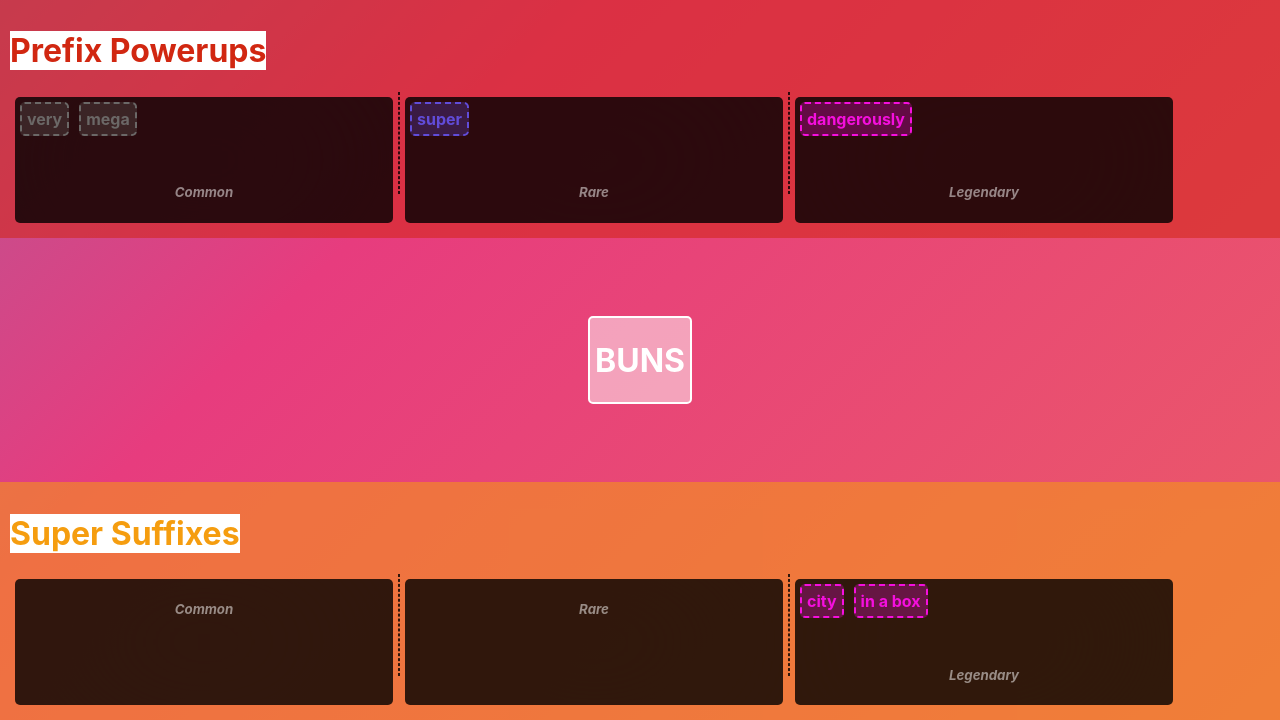
Repository: bsalgado98/buns-inator
Page: /
The author's editor kept a copy of each file at every save. The page is drawn from the files as they stood at one save, then again after a run of saves.
The browser window is 1280 px wide. The pictures show the whole page.
The project was rebuilt for these pictures with package versions that can differ from the ones it lists, and the page was loaded fresh each time.

Above is the page before, as saved 2022-04-25 23:33:02.

After the next 2 saves:
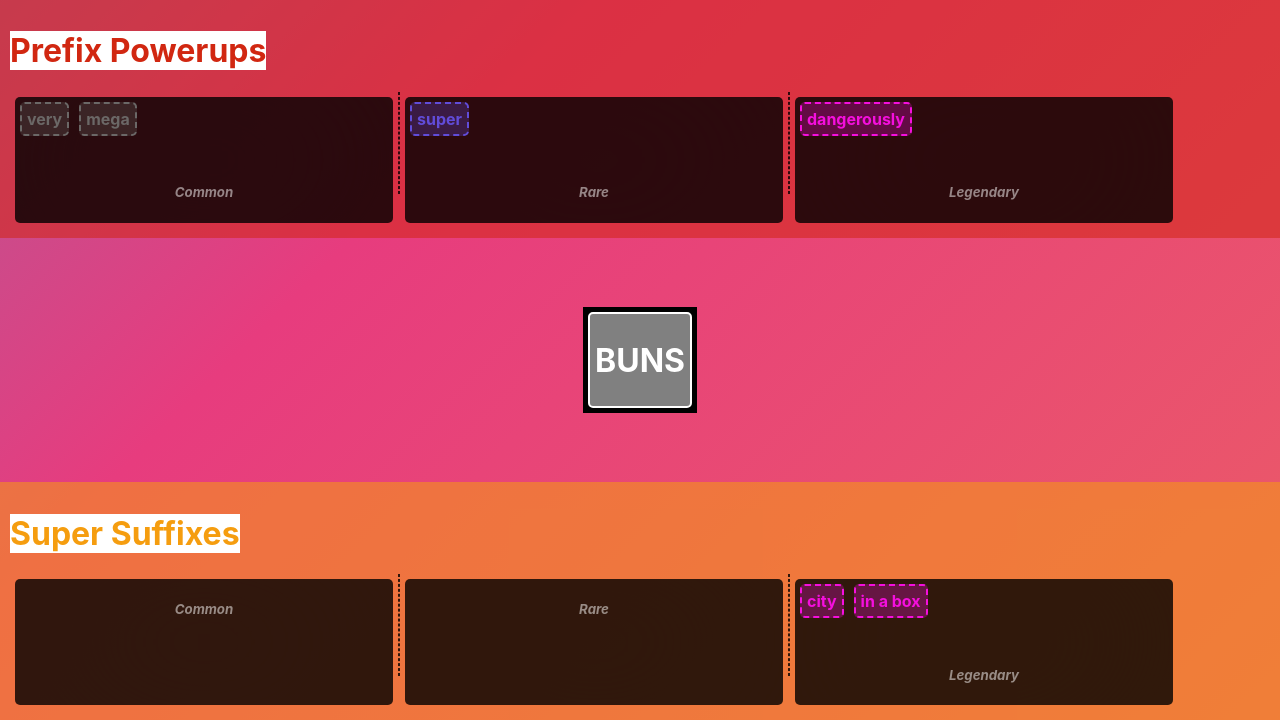
The 2 saves are shown as one change because 1 did not build or start.
The last was saved 18 s later.
--- a/src/App.js
+++ b/src/App.js
@@ -1,6 +1,6 @@
 import './App.css';
 import WordBank from './components/WordBank/WordBank'
-import SubjectCard from './components/SubjectCard/SubjectCard';
+import WordBuilder from './components/WordBuilder/WordBuilder';
 import { RARITY, PART_OF_SENTENCE, COLOR } from './utility/constants'
 
 function App() {
@@ -53,7 +53,7 @@ function App() {
                 <WordBank bankTitle='Prefix Powerups' color={COLOR.PREFIX_POWERUPS} wordCollection={wordList.prefixPowerups} />
             </div>
             <div className="subject-card-container">
-                <SubjectCard text="BUNS"/>
+                <WordBuilder />
             </div>
             <div className="word-bank">
                 <WordBank bankTitle='Super Suffixes' color={COLOR.SUPER_SUFFIXES} wordCollection={wordList.superSuffixes} />
